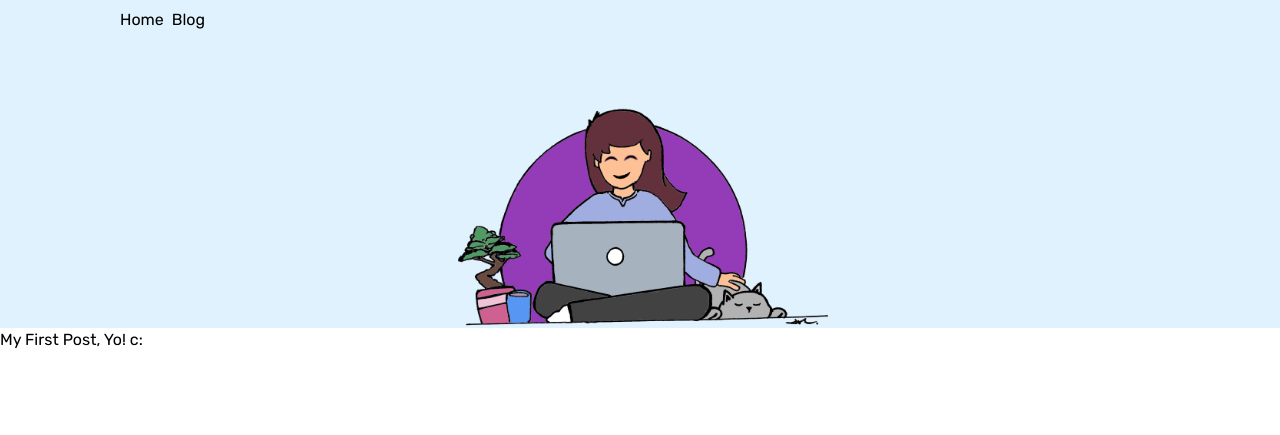
Repository: Risclover/markdown-blog
Page: /posts/1
The author's editor kept a copy of each file at every save. The page is drawn from the files as they stood at one save, then again after the next save.
The browser window is 1280 px wide. The pictures show the whole page.
The project was rebuilt for these pictures with package versions that can differ from the ones it lists, and the page was loaded fresh each time. Also part of the build but not shown: src/components/BlogPost.js, src/pages/Home.js, src/ErrorPage.js.

Above is the page before, as saved 2023-06-29 04:28:48.

After the next save:
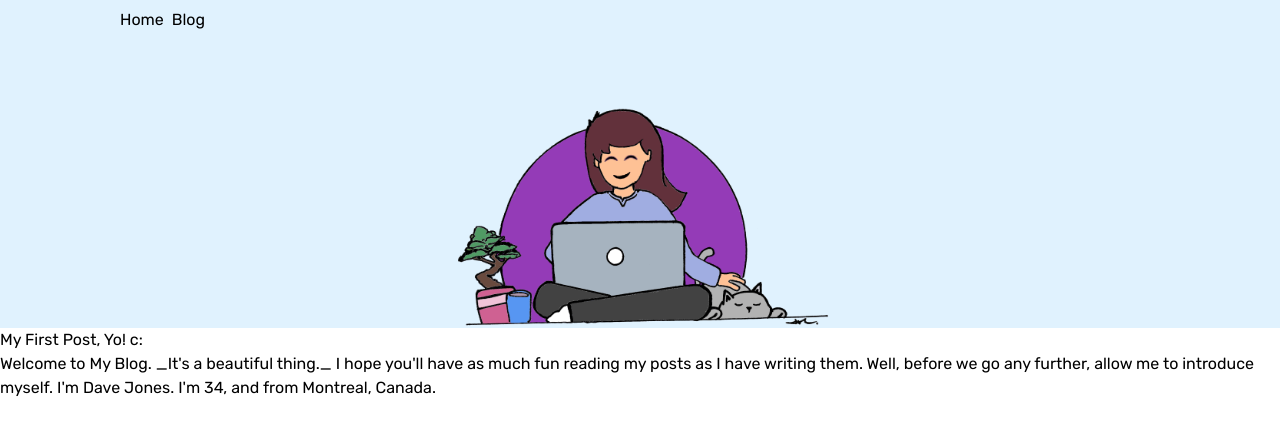
Saved 1 s later.
--- a/src/pages/Post.js
+++ b/src/pages/Post.js
@@ -14,6 +14,7 @@ export default function Post({ postList }) {
   return (
     <div>
       <div>{post?.title} c:</div>
+      <div>{post?.content}</div>
     </div>
   );
 }
